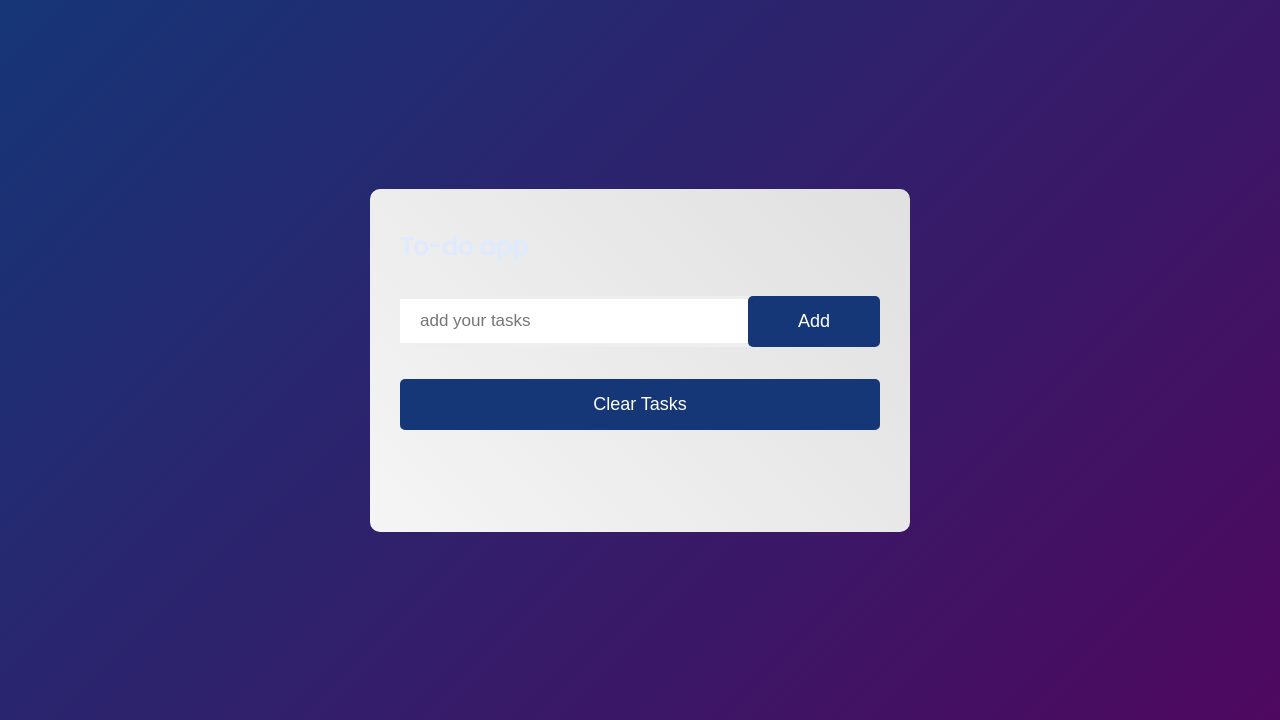
Repository: samoshi/To-do
Page: http://localhost/
These files come from the project's save history. The page is drawn as it stood at one moment and after the next save; the edit follows.
The browser window is 1280 px wide. The pictures show the whole page.
The page is served by the project's application, run on Flask 3 (app/app.py). Queries for data that is not in the repository find no rows.

Above is the page before, as saved 2024-01-14 21:45:58.

### app/templates/index.html
<!DOCTYPE html>
<html lang="en">

<head>
    <meta charset="UTF-8">
    <meta name="viewport" content="width=device-width, initial-scale=1.0">
    <title>To-Do list</title>
    <link rel="stylesheet" href="{{ url_for('static', filename='style.css') }}" />
    <script src="https://code.jquery.com/jquery-3.6.4.min.js"></script>
    <script src="{{ url_for('static', filename='script.js') }}"></script>
</head>

<body>
    <div class="container">
        <div class="todo-app">
            <div class="app-title">
                <h2>To-do app</h2>
                <i class="fa-solid fa-book-bookmark"></i>
            </div>
            <form action="/add_task" method="post">
                <div class="row">
                    <input type="text" name="title" id="input-box" placeholder="add your tasks" required>
                    <button class="add_button">Add</button>
                </div>
            </form>
            <button class="clear_button" onclick="clearTasks()">Clear Tasks</button>
            <ul id="list-container">
                {% for task in task_list %}
                    {% if task.complete == False %}
                            <li class="incomplete" onclick="toggleChecked(this)">
                                <a href="/complete/{{ task.id }}">{{ task.title }}</a>
                            </li>
                    {% else %}
                            <li class="complete" onclick="toggleChecked(this)">
                                <a href="/complete/{{ task.id }}">{{ task.title }}</a>
                            </li>
                        <!-- <a class="remove-task" href="/remove/{{ task.id }}">X</a> -->
                    {% endif %}
                {% endfor %}
            </ul>

        </div>
    </div>
    <script src="{{ url_for('static', filename='script.js') }}"></script>
</body>

</html>

### app/app.py
from flask import Flask, render_template, request, redirect, url_for, jsonify
from flask_sqlalchemy import SQLAlchemy

app = Flask(__name__)

app.config['SQLALCHEMY_DATABASE_URI'] = 'sqlite:///db.sqlite'
app.config['SQLALCHEMY_TRACK_MODIFICATIONS'] = False
db = SQLAlchemy(app)

class Task(db.Model):
    id = db.Column(db.Integer, primary_key=True)
    title = db.Column(db.String(100))
    complete = db.Column(db.Boolean)

# def save_tasks():
#     with open("tasks.json", "w") as file:
#         json.dump(tasks, file)


# # Load tasks from a file
# def load_tasks():
#     try:
#         with open("tasks.json", "r") as file:
#             lines = file.readlines()
#             tasks = []
#             for line in lines:
#                 parts = line.split(":")
#                 if len(parts) == 2:
#                     description, completed_str = parts
#                     completed = eval(completed_str)
#                     tasks.append({"description": description, "completed": completed})
#             return tasks
#     except FileNotFoundError:
#         return []  # Return an empty list if the file doesn't exist
#     except json.decoder.JSONDecodeError:
#         return []  # Return an empty list if there's an issue decoding JSON

# # Initialize tasks
# tasks = load_tasks()

@app.route('/')
def index():
    task_list = Task.query.all()
    return render_template('index.html', task_list=task_list)

@app.route('/add_task', methods=['POST'])
def add_task():
    title = request.form.get("title")
    new_task = Task(title=title, complete=False)
    db.session.add(new_task)
    db.session.commit()
    return redirect(url_for("index"))

@app.route("/update/<int:task_id>")
def update_task(task_id):
    task = Task.query.filter_by(id=task_id).first()
    task.complete = not task.complete
    db.session.commit()
    return redirect(url_for("index"))

@app.route('/complete/<int:task_id>')
def complete_task(task_id):
    task = Task.query.filter_by(id=task_id).first()
    if task:
        task.complete = not task.complete
        db.session.commit()
    return redirect(url_for('index'))

@app.route('/remove/<int:task_id>')
def remove_task(task_id):
    print("Remove task ()")
    task = Task.query.filter_by(id=task_id).first()
    print("Getting task", task_id)
    db.session.delete(task)
    print("deleted task")
    db.session.commit()
    return redirect(url_for('index'))

@app.route('/clear_tasks')
def clear_tasks():
    db.session.query(Task).delete()
    db.session.commit()
    return redirect(url_for('index'))


if __name__ == '__main__':
    db.create_all()
    app.run(host='0.0.0.0', port=5000, debug=True)

### app/static/style.css
@import url('https://fonts.googleapis.com/css2?family=Poppins&display=swap');


*, *:before, *:after{
    margin: 0;
    padding: 0;
    box-sizing: border-box;
}
body{
    font-family: 'Poppins', sans-serif;
}
.container{
    width: 100%;
    min-height: 100vh;
    background: linear-gradient(135deg, #153677, #4e085f);
    padding: 10px;
    display: flex;
    justify-content: center;
    align-items: center;
}
.todo-app{
    width: 100%;
    max-width: 540px;
    background: linear-gradient(45deg, #f5f5f5, #e0e0e0);
    padding: 40px 30px 70px;
    border-radius: 10px;
    display: flex;
    flex-direction: column;
    align-items: left;
    gap: 2rem;
}
.app-title{
    display: flex;
    gap: 1rem;
    align-items: center;
}
.app-title h2, .app-title i{
    color: #ddeaff;
}
.app-title i{
    font-size: 26px;
}

.row{
    display: flex;
    align-items: center;
    justify-content: space-between;
    background-color: #edeef0;
    border-radius: 30px;
}
input{
    width: 100%;
    border: none;
    outline: none;
    background-color: 153677;
    color: #ffffff;
    padding: 12px;
    font-size: 17px;
    padding-left: 20px;
}

input:hover, button:hover {
    cursor: pointer;
    filter: brightness(.8);
    background-color: #0e2a4b; /* Darker blue for input and button on hover */
 }

button.clear_button, button.add_button{
    border: none;
    cursor: pointer;
    outline: none;
    padding: 15px 50px;
    border-radius: 5px;
    background-color: #153677;
    color: #ffffff;
    font-size: 18px;
    transition: all .25s ease;
}

@media screen and (max-width: 400px) {
    button {
        padding: 15px;
        border-radius: 0 30px 30px 0;
    }
}

a,
a.remove-task {
    text-decoration: none;
    align-items: center;
    color: #333;
    cursor: pointer;
}

li {
    font-size: 17px;
    margin-top: 5px;
    position: relative;
    transition: background-color 0.2s ease;
    border-radius: 10px;
    list-style-type: none;
    outline: 2px solid #7289da;
}

li a {
    display: block;
    font-size: 17px;
    padding: 12px 8px 12px 50px;
    text-decoration: none;
    color: #353535;
    transition: color 0.2s ease;
}

li.incomplete {
    background-color: #ffdddd; /* Red background for incomplete */
}

li.complete {
    background-color: #c2f0c2; /* Green background for complete */
}

/* li a:hover {

    background-color: #27ae60;
    color: #fff;
} */

li.incomplete a:hover {

    background-color: #ffaaaa;
    color: #000000;
}

li.complete a:hover {
    /* Optional: Add styles for hover effect */
    background-color: #a8e6a8; /* Lighter green hover effect for complete */
    color: #000000; /* Black text on hover for better contrast */
}

ul li::before {
    position: absolute;
    content: '';
    width: 24px;
    height: 24px;
    font-size: 18px;
    border-radius: 50%;
    left: 0;
    top: 50%;
    transform: translateY(-50%);
    line-height: 24px;
    text-align: center;
    transition: background-color 0.2s ease;
    pointer-events: none;
}

ul li.incomplete::before {
    content: 'X';
    color: #ff5945;
}

ul li.complete::before {
    content: '\2713';
    color: #07700e;
}


button.remove {
    position: absolute;
    right: 0;
    transform: translateY(-50%);
    width: 30px;
    height: 30px;
    border-radius: 50%;
    color: #555;
    font-size: 18px;
    transition: all .2s ease;
}
button.remove:hover{
    background-color: #c9c9c9;
    color: #fff;
}

### app/static/script.js
// // ...

// document.addEventListener("DOMContentLoaded", function () {
//     const inputBox = document.getElementById("input-box");
//     const button = document.querySelector("button");
//     const list = document.getElementById("list-container");

//     list.addEventListener("click", (e) => {
//         if (e.target.tagName === "LI") {
//             e.target.classList.toggle("checked");
//             saveData();
//         } else if (e.target.tagName === "SPAN") {
//             e.target.parentElement.remove();
//             saveData();
//         }
//     });

//     button.addEventListener("click", function () {
//         if (inputBox.value.trim() !== '') {
//             addTask(inputBox.value);
//         } else {
//             alert("Please enter a non-empty task.");
//         }
//     });

//     function addTask(description) {
//         // Make an AJAX request to the Flask server's /add_task route
//         fetch("/add_task", {
//             method: "POST",
//             headers: {
//                 "Content-Type": "application/json",
//             },
//             body: JSON.stringify({ description: description }),
//         })
//             .then(response => response.json())
//             .then(data => console.log(data))
//             .catch(error => console.error("Error:", error));
//     }

//     function showTask() {
//         // Fetch tasks from the Flask server's /tasks route
//         fetch("/tasks")
//             .then(response => response.json())
//             .then(tasks => {
//                 list.innerHTML = ""; // Clear the visible list
//                 tasks.forEach(task => {
//                     let li = document.createElement("li");
//                     li.innerHTML = task.description;
//                     if (task.completed) {
//                         li.classList.add("checked");
//                     }
//                     list.appendChild(li);
//                     let span = document.createElement("span");
//                     span.innerHTML = "x";
//                     li.appendChild(span);
//                 });
//             })
//             .catch(error => console.error("Error:", error));
//     }

//     window.addEventListener("load", showTask);

//     // Clear Tasks function
//     window.clearTasks = function () {
//         localStorage.removeItem("data");
//         list.innerHTML = ""; // Clear the tasks from the visible list
//     };
// });

After the next save:
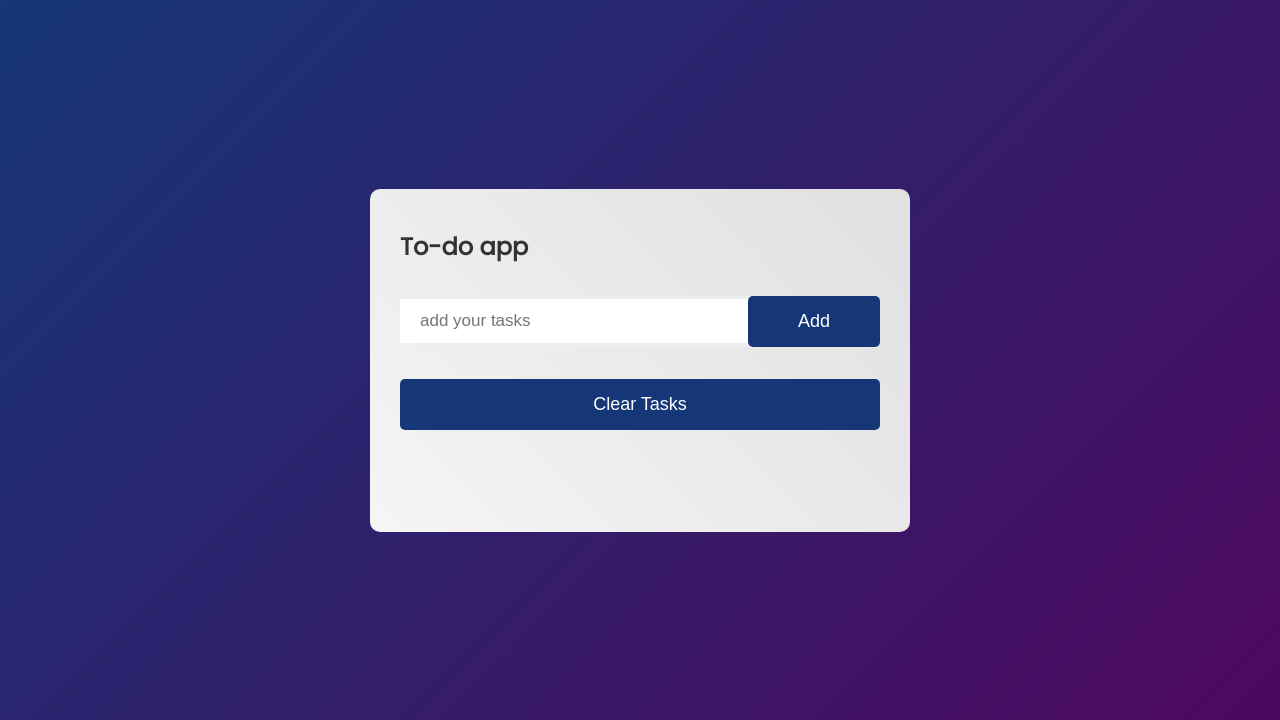
Saved 31 s later.
--- a/app/static/style.css
+++ b/app/static/style.css
@@ -35,7 +35,7 @@ body{
     align-items: center;
 }
 .app-title h2, .app-title i{
-    color: #ddeaff;
+    color: #333333;
 }
 .app-title i{
     font-size: 26px;
